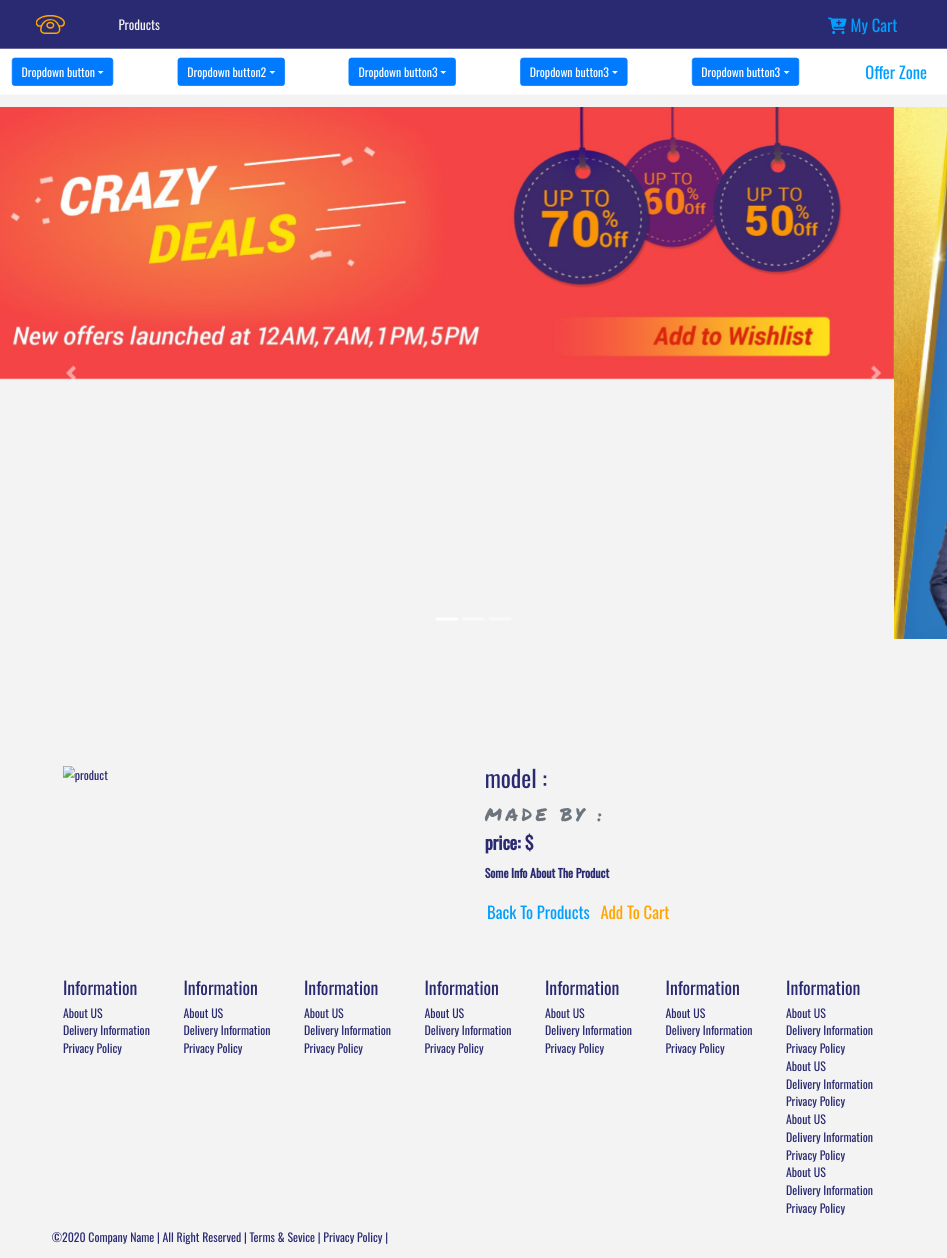
Repository: aditya1068/Online-Store
Page: /details
These files come from the project's save history. The page is drawn as it stood at one moment and after the next save; the edit follows.
The browser window is 1280 px wide. The pictures show the whole page, at 74% of full size.
Some web libraries are served in a nearby version. The project was rebuilt for these pictures with package versions that can differ from the ones it lists, and the page was loaded fresh each time. Also part of the build but not shown: src/components/Products.js, src/components/Title.js, src/components/ProductsList.js, src/components/Cart.js, src/components/Default.js.

Above is the page before, as saved 2020-04-02 22:39:01.

### public/index.html
<!DOCTYPE html>
<html lang="en">
  <head>
    <meta charset="utf-8" />
    <link rel="icon" href="%PUBLIC_URL%/favicon.ico" />
    <meta name="viewport" content="width=device-width, initial-scale=1" />
    <meta name="theme-color" content="#000000" />
    <meta
      name="description"
      content="Web site created using create-react-app"
    />
    <link rel="apple-touch-icon" href="%PUBLIC_URL%/logo192.png" />
    <!--
      manifest.json provides metadata used when your web app is installed on a
      user's mobile device or desktop. See https://developers.google.com/web/fundamentals/web-app-manifest/
    -->
    <link rel="manifest" href="%PUBLIC_URL%/manifest.json" />
    <!--
      Notice the use of %PUBLIC_URL% in the tags above.
      It will be replaced with the URL of the `public` folder during the build.
      Only files inside the `public` folder can be referenced from the HTML.

      Unlike "/favicon.ico" or "favicon.ico", "%PUBLIC_URL%/favicon.ico" will
      work correctly both with client-side routing and a non-root public URL.
      Learn how to configure a non-root public URL by running `npm run build`.
    -->
    <!--Google Fonts-->
    <link href="https://fonts.googleapis.com/css?family=Oswald|Permanent+Marker&display=swap" rel="stylesheet">

    <!--Font Awesome-->
    <script src="https://kit.fontawesome.com/7ff98d2d13.js" crossorigin="anonymous"></script>
    <title>Store</title>
  </head>
  <body>
    <noscript>You need to enable JavaScript to run this app.</noscript>
    <div id="root"></div>
    <!--
      This HTML file is a template.
      If you open it directly in the browser, you will see an empty page.

      You can add webfonts, meta tags, or analytics to this file.
      The build step will place the bundled scripts into the <body> tag.

      To begin the development, run `npm start` or `yarn start`.
      To create a production bundle, use `npm run build` or `yarn build`.
    -->
  </body>
</html>

### src/index.js
import React from 'react';
import ReactDOM from 'react-dom';
import './index.css';
import 'bootstrap';
//import 'bootstrap/dist/css/bootstrap.css';
//import 'bootstrap/dist/js/bootstrap.js';
import App from './App';
import { BrowserRouter as Router } from 'react-router-dom';
import {ProductProvider } from './context';
import * as serviceWorker from './serviceWorker';

ReactDOM.render(
    <ProductProvider>

    <Router>
    <App/>
    </Router>

    </ProductProvider>,



 document.getElementById('root'));

// If you want your app to work offline and load faster, you can change
// unregister() to register() below. Note this comes with some pitfalls.
// Learn more about service workers: https://bit.ly/CRA-PWA
serviceWorker.unregister();

### src/App.js
import React, { Component } from "react";
import {Route,Switch} from 'react-router-dom';
import { BrowserRouter as  Router} from 'react-router-dom';
import './App.css';
import "bootstrap/dist/css/bootstrap.min.css";
import Navbar from "./components/Navbar";
import Navbar1 from "./components/Navbar1";
import ProductsList from "./components/ProductsList";
import Details from "./components/Details";
import Cart from "./components/Cart";
import Default from "./components/Default";
import Modal from './components/Modal';
import Slider from "./components/Slider";
import Footer from "./components/Footer";

class App extends Component {
  render() {
    return(

      <Router>
        <Navbar />
        <Navbar1 />
        <Slider />
          <Switch>
            <Route path ="/" exact component ={
              () => (<ProductsList></ProductsList>)
            } />

            <Route path ="/details" exact component ={
              () => (<Details></Details>)
             } />

            <Route path ="/cart" exact component ={
              () => (<Cart></Cart>)
            } />

              <Route  component ={
              () => (<Default></Default>)
            } />

              </Switch>

            <Modal />
            <Footer />
  </Router>

    );
  }
}

export default App;

### src/context.js
import React, { Component } from 'react';
import { storeProducts, detailProduct } from './data';

const ProductContext = React.createContext();
// Provider
// Consumer

class ProductProvider extends Component {
   state = {
     products: [],
     detailProduct: detailProduct,
     cart: [],
     modalOpen: false,
     modalProduct: detailProduct,
     cartSubTotal: 0,
     cartTax: 0,
     CartTotal: 0,
   };

   componentDidMount() {
     this.setProducts();
   }

   setProducts = () => {
     let tempProducts = [];
     storeProducts.forEach(item => {
       const singleItem = { ...item };
       tempProducts = [...tempProducts, singleItem];
     });
     this.setState(() => {
       return { products: tempProducts };
     });
   };

    getItem = (id) => {
      const product = this.state.products.find(item => item.id === id);
      return product;
    };

   handleDetail =(id) => {
     const product = this.getItem(id);
     this.setState(() => {
       return { detailProduct:product };
     });
   };

 addToCart =(id) => {
   let tempProducts = [...this.state.products];
   const index = tempProducts.indexOf(this.getItem(id));
   const product = tempProducts[index];
   product.inCart = true;
   product.count = 1;
   const  price  = product.price;
   product.total = price;
   this.setState(() => {
     return { products: tempProducts, cart: [...this.state.cart, product] };
   },
   () => {
     this.addTotals();
   });
 };

    openModal = id => {
      const product = this.getItem(id);
      this.setState(() => {
        return { modalProduct: product, modalOpen: true };
      });
    }

closeModal = () => {
  this.setState(() => {
    return { modalOpen: false };
  });
};

increment = (id) => {
  let tempCart = [...this.state.cart];
  const selectedProduct = tempCart.find(item=>item.id === id);

  const index = tempCart.indexOf(selectedProduct);
  const product = tempCart[index];

  product.count += 1;
  product.total = product.count * product.price;

  this.setState(() => {
    return { cart: [...tempCart] };
  },
  () => {
    this.addTotals();
  });
}

decrement = (id) => {
  let tempCart = [...this.state.cart];
  const selectedProduct = tempCart.find(item => item.id === id);

  const index = tempCart.indexOf(selectedProduct);
  const product = tempCart[index];
  product.count = product.count - 1;
  if (product.count === 0) {
    this.removeItem(id);
  } else {
    product.total = product.count * product.price;
    this.setState(() => {
      return { cart: [...tempCart] };
    },
    () => { this.addTotals(); });
  }
};

removeItem = (id) => {
  const tempProducts = [...this.state.products];
  let tempCart = [...this.state.cart];

  tempCart = tempCart.filter(item => item.id !== id);
  const index = tempProducts.indexOf(this.getItem(id));
  const removedProduct = tempProducts[index];
  removedProduct.inCart = false;
  removedProduct.Count = 0;
  removedProduct.total = 0;
  this.setState(() => {
    return {
      cart: [...tempCart],
      products: [...tempProducts],
    };
  });
}

clearCart =() => {
  this.setState(() => {
    return { cart: [] };
  }, () => {
    this.setProducts();
    this.addTotals();
  });
};

addTotals =() => {
  let subTotal = 0;
  this.state.cart.map(item => (subTotal += item.total));
  const tempTax = subTotal * .18;
  const tax = parseFloat(tempTax.toFixed(1));
  const total = subTotal + tax;
  this.setState(() => {
    return {
      cartSubTotal: subTotal,
      cartTax: tax,
      CartTotal: total,
    };
  });
};

render() {
  return (
    <ProductContext.Provider value={{
      ...this.state,
      handleDetail: this.handleDetail,
      addToCart: this.addToCart,
      openModal: this.openModal,
      closeModal: this.closeModal,
      increment: this.increment,
      decrement: this.decrement,
      removeItem: this.removeItem,
      clearCart: this.clearCart,
    }}
    >
      {this.props.children}
    </ProductContext.Provider>
  );
}
}


const ProductConsumer = ProductContext.Consumer;

export { ProductProvider, ProductConsumer };

### src/App.css
:root{
  --mainBlue: #2a2a72;
  --lightBlue: #009ffd;
  --mainWhite: #f3f3f3;
  --mainDark: #232528;
  --mainYellow: #ffa400;
}
body{
    font-family: 'Oswald', sans-serif !important;
    background: var(--mainWhite)!important;
    color: var(--mainBlue)!important ;
}
.text-title{
font-family: 'Permanent Marker', cursive;
letter-spacing: 0.3rem;
text-transform: uppercase;
}
.text-blue{
  color: var(--mainBlue);
}
.text-bright{
  color: var(--lightBlue);
}
.btn-black{
  background: transparent;
  text-transform: capitalize;
  font-size: 0.6rem !important;
  color: var(--mainDark);
  border-radius: 0 !important;
  border: 0.1rem solid var(--mainDark) !important;
}

.btn-black:hover{
  background: var(--mainDark) !important;
  color: var(--mainWhite) !important;
}

.cart-icon{
  cursor: pointer;
  font-size: 1.2rem;
  color: var(--mainYellow);
}

### src/components/Navbar.js
import React, { Component } from 'react';
import {Link} from 'react-router-dom';
import logo from "../logo.svg";
import styled from "styled-components";
import {ButtonContainer} from  './button';
export default class Navbar extends Component{
    render(){
        return(

           <NavWrapper className="navbar navbar-expand-sm navbar-dark  px-sm-5">
               { /*
                https://www.iconfinder.com/icons/1243689/call_phone_icon
                Creative Commons (Attribution 3.0 Unported);
               https://www.iconfinder.com/Makoto_msk */}
    <Link to ='/' >
     <img src={logo} alt = "store" className="navbar-brand" />
    </Link>
    <ul className= "navbar-nav align-items-center">
        <li className="nav-item ml-5">
        <Link to= "/" className= "nav-link">
            products
            </Link>
            </li>
        </ul>
        <Link to= '/Cart' className="ml-auto">

        <ButtonContainer>
            <span className ="mr-2">
                <i className="fas fa-cart-plus"></i>  my cart
                </span> </ButtonContainer>
        </Link>
            </NavWrapper>
        );
    }
}

const NavWrapper =styled.nav`
background: var(--mainBlue);
.nav-link{
    color:var(--mainWhite)!important;
    font-size: 1.1rem;
    text-transform: capitalize;
}
`;

### src/components/Details.js
import React, { Component } from 'react';
import {ProductConsumer} from '../context';
import {Link} from 'react-router-dom';
import {ButtonContainer} from './button';
export default class Details extends Component{
    render(){
        return(

            <ProductConsumer>
                {(value)=>{
                    const {id,company,img,info,price,title,inCart}=
                    value.detailProduct;
                    return(
                        <div className="container py-5">
                            {/*title */}
                            <div className="row">
                                <div className="col-10 mx-auto text-center text-slanted text-blue my-5">
                                    <h1>{title}</h1>
                                    </div>
                            </div>

                            {/*end title */}
                            {/*Product info */}
                            <div className="row">
                                <div className="col-10 mx-auto col-md-6 my-3">

                                 <img src={img} className="img-fluid" alt="product"/>
                                </div>
                                {/* Product text */}
                                <div className="col-10 mx-auto col-md-6 my-3  text-capitalise">
                                    <h2>model :{title}</h2>
                                    <h4  className="text-title text-upercase text-muted mt-3 mb-2">
                                   made by : <span className="text-uppercase">
                                       {company}</span>  </h4>
                                       <h4 className="text-blue">
                                           <strong>
                                               price: <span>$</span>
                                          {price}
                                           </strong>
                                  </h4>
                                <p className="text-capitalize font-weight-bold mt-3 mb-0">
                                    some info about the product
                                </p>
                                <p className="text-muted lead">{info}</p>
                                {/* buttons */}
                                <div>
                                    <Link to="/">
                                        <ButtonContainer>back to products</ButtonContainer>
                                    </Link>
                                    <ButtonContainer cart
                                     disabled={inCart ? true : false}
                                     onClick={()=>{
                                        value.addToCart(id);
                                        value.openModal(id);
                                     }}
                                     >
                                        {inCart ? "inCart": "add to cart"}
                                    </ButtonContainer>

                                </div>
                            </div>
                        </div>
                        </div>
                    );
                }}

            </ProductConsumer>

        );
    }

}

### src/components/Modal.js
import React, { Component } from 'react'
import styled from 'styled-components';
import {ProductConsumer} from '../context';
import {ButtonContainer } from './button';
import {Link} from "react-router-dom";


export default class  extends Component {
    render() {
        return (
            <ProductConsumer>
                {(value) => {
                    const {modalOpen,closeModal} = value;
                    const {img,title,price} = value.modalProduct;

                    if(!modalOpen){
                        return null;
                    }

                    else{
                return (
                <ModalContainer>
    <div className="container">
    <div className="row">
      <div id="modal" className= "col-8 mx-auto col-md-6 col-lg-4 text-center text-capitalize">
    <h5>item added to the cart</h5>
    <img src={img} className="img-fluid" alt="product" />
    <h5>{title}</h5>
    <h5 className= "text-muted">price : $ {price} </h5>
    <Link to ='/'>
        <ButtonContainer onClick={()=>closeModal()}>
            continue Shopping
        </ButtonContainer>
    </Link>
    <Link to ='/cart'>
        <ButtonContainer cart onClick={()=>closeModal()}>
            go to Cart
        </ButtonContainer>
    </Link>
    </div>
    </div> </div>
                        </ModalContainer>
                        );

                }
            }}
            </ProductConsumer>
        );
    }
}

const ModalContainer = styled.div`
position:fixed;
top: 0;
left: 0;
right: 0;
bottom: 0;
background: rgba(0,0,0,0.3);
display: flex;
align-items: center;
justufy-content: center;
#modal{
    background: var(--mainWhite);
}
`;

### src/components/Slider.js
import React, { Component } from 'react'
import Carousel from 'react-bootstrap/Carousel'
//import Carousel from 'react-multi-carousel';
import 'react-multi-carousel/lib/styles.css';
import {Link} from 'react-router-dom';

export default class Slider extends Component {
    render() {
        return (
            <div>
                <Carousel>
  <Carousel.Item>
    <img
      className="d-block w-100"
      src="img/slider1.jpg"
      alt="First slide"
    />
    <Carousel.Caption>
      <h3></h3>
      <p></p>
    </Carousel.Caption>
  </Carousel.Item>
  <Carousel.Item>
    <img
      className="d-block w-100"
      src="img/slider2.jpg"
      alt="Second slide"
    />

    <Carousel.Caption>

    </Carousel.Caption>
  </Carousel.Item>
  <Carousel.Item>
    <img
      className="d-block w-100"
      src="img/slider3.jpg"
      alt="Third slide"
    />


  </Carousel.Item>
</Carousel>
            </div>
        )
    }
}

### src/components/Footer.js
import React, { Component } from 'react';

export default class Footer extends Component {
    render() {
      return (
          <div className="main-footer">
              <div className= "container">
              <div className= "row">
                  {/* column1 */}
                  <div className= "col">
                      <h4>Information</h4>
                      <ul className="list-unstyled">
                          <li>About US</li>
                          <li>Delivery Information</li>
                          <li>Privacy Policy</li>
                      </ul>
                  </div>
                  {/* column2 */}
                  <div className= "col">
                      <h4>Information</h4>
                      <ul className="list-unstyled">
                          <li>About US</li>
                          <li>Delivery Information</li>
                          <li>Privacy Policy</li>
                      </ul>
                  </div>
                  {/* column3 */}
                  <div className= "col">
                      <h4>Information</h4>
                      <ul className="list-unstyled">
                          <li>About US</li>
                          <li>Delivery Information</li>
                          <li>Privacy Policy</li>
                      </ul>
                  </div>
                  {/*column 4 */}
                  <div className= "col">
                      <h4>Information</h4>
                      <ul className="list-unstyled">
                          <li>About US</li>
                          <li>Delivery Information</li>
                          <li>Privacy Policy</li>
                      </ul>
                  </div>
                  {/*column 4 */}
                  <div className= "col">
                      <h4>Information</h4>
                      <ul className="list-unstyled">
                          <li>About US</li>
                          <li>Delivery Information</li>
                          <li>Privacy Policy</li>
                      </ul>
                  </div>
                  {/*column 4 */}
                  <div className= "col">
                      <h4>Information</h4>
                      <ul className="list-unstyled">
                          <li>About US</li>
                          <li>Delivery Information</li>
                          <li>Privacy Policy</li>
                      </ul>
                  </div>
                  {/*column 5 */}
                  <div className= "col">
                      <h4>Information</h4>
                      <ul className="list-unstyled">
                          <li>About US</li>
                          <li>Delivery Information</li>
                          <li>Privacy Policy</li>
                          <li>About US</li>
                          <li>Delivery Information</li>
                          <li>Privacy Policy</li>
                          <li>About US</li>
                          <li>Delivery Information</li>
                          <li>Privacy Policy</li>
                          <li>About US</li>
                          <li>Delivery Information</li>
                          <li>Privacy Policy</li>

                      </ul>
                  </div>
                  <div className="row">
                      <p className="col-sm">
                          &copy;{(new Date().getFullYear())} Company Name | All Right Reserved | Terms & Sevice | Privacy Policy |
                      </p>
                  </div>
                  </div>
              </div>
          </div>
      )
      }}

### src/components/button.js
import styled from "styled-components"



export const ButtonContainer = styled.button`
text-transform:capitalize;
font-size:1.4rem;
background: transparent;
border: 0.05 rem solid var(--lightBlue);
color: var(--lightBlue);
border-color: ${props => (props.cart? "var(--mainYellow)": "var--(lightBlue)")};
color ${prop => prop.cart ? "var(--mainYellow)": "var--(lightBlue)"};
border-radius: 0.5rem;
padding:0.2rem;
cursor:pointer;
margin:0.2rem 0.5rem 0.2rem 0;
transition:all 0.5s ease-in-out;
&:hover: {
    background:${prop => prop.cart ? "var(--mainYellow)": "var--(lightBlue)"};
    color:var(--mainBlue);
}
&:focus{
    outLine: none;
}
`;

Loaded but not shown: src/index.css (common file); src/serviceWorker.js (common file); src/data.js (99 lines, source omitted); src/components/Navbar1.js (88 lines, source omitted)

After the next save:
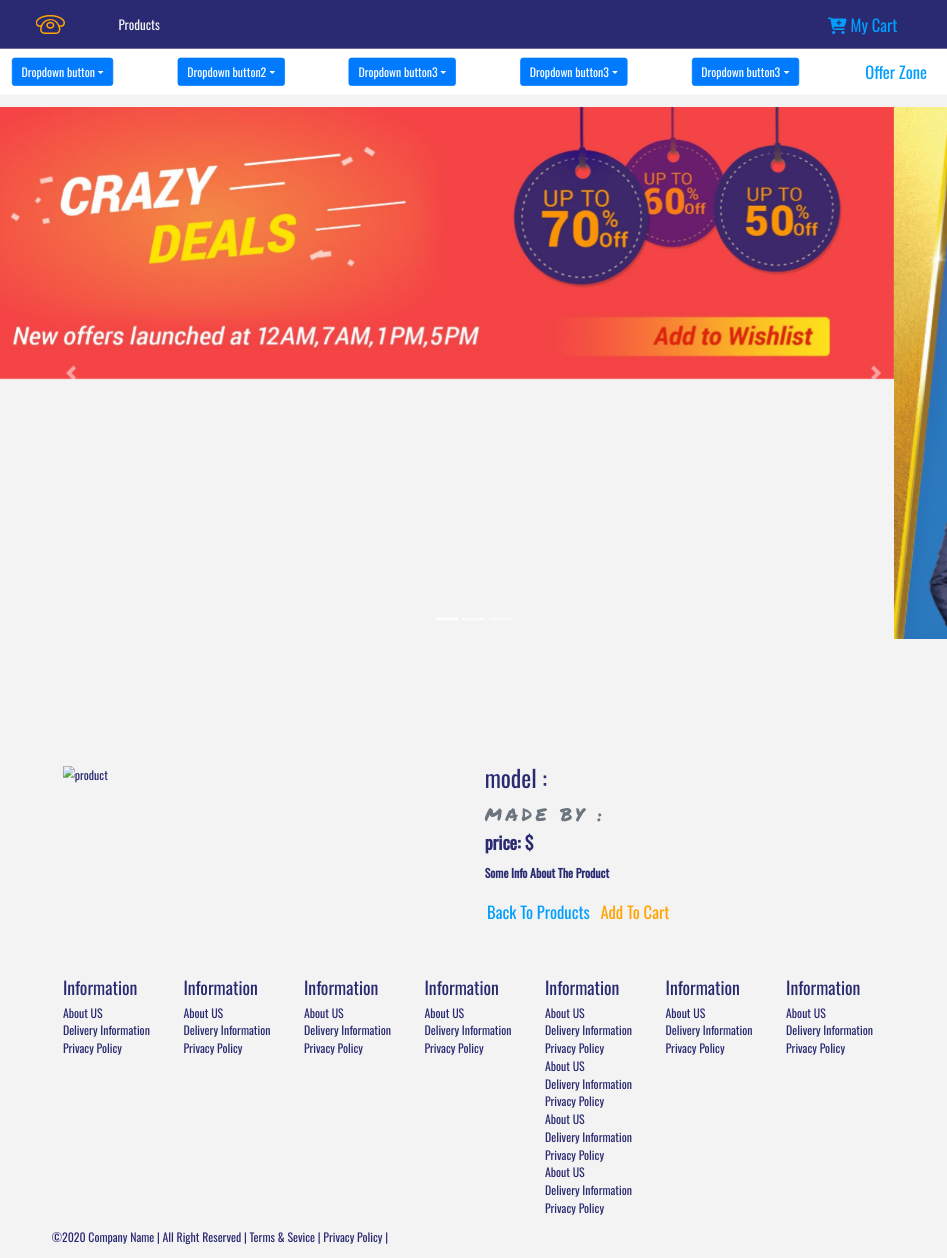
Saved 33 s later.
--- a/src/components/Footer.js
+++ b/src/components/Footer.js
@@ -42,24 +42,7 @@ export default class Footer extends Component {
                           <li>Privacy Policy</li>
                       </ul>
                   </div>
-                  {/*column 4 */}
-                  <div className= "col">
-                      <h4>Information</h4>
-                      <ul className="list-unstyled">
-                          <li>About US</li>
-                          <li>Delivery Information</li>
-                          <li>Privacy Policy</li>
-                      </ul>
-                  </div>
-                  {/*column 4 */}
-                  <div className= "col">
-                      <h4>Information</h4>
-                      <ul className="list-unstyled">
-                          <li>About US</li>
-                          <li>Delivery Information</li>
-                          <li>Privacy Policy</li>
-                      </ul>
-                  </div>
+
                   {/*column 5 */}
                   <div className= "col">
                       <h4>Information</h4>
@@ -79,6 +62,24 @@ export default class Footer extends Component {
 
                       </ul>
                   </div>
+                  <div className= "col">
+                      <h4>Information</h4>
+                      <ul className="list-unstyled">
+                          <li>About US</li>
+                          <li>Delivery Information</li>
+                          <li>Privacy Policy</li>
+                      </ul>
+                  </div>
+
+                  <div className= "col">
+                      <h4>Information</h4>
+                      <ul className="list-unstyled">
+                          <li>About US</li>
+                          <li>Delivery Information</li>
+                          <li>Privacy Policy</li>
+                      </ul>
+                  </div>
+
                   <div className="row">
                       <p className="col-sm">
                           &copy;{(new Date().getFullYear())} Company Name | All Right Reserved | Terms & Sevice | Privacy Policy |
